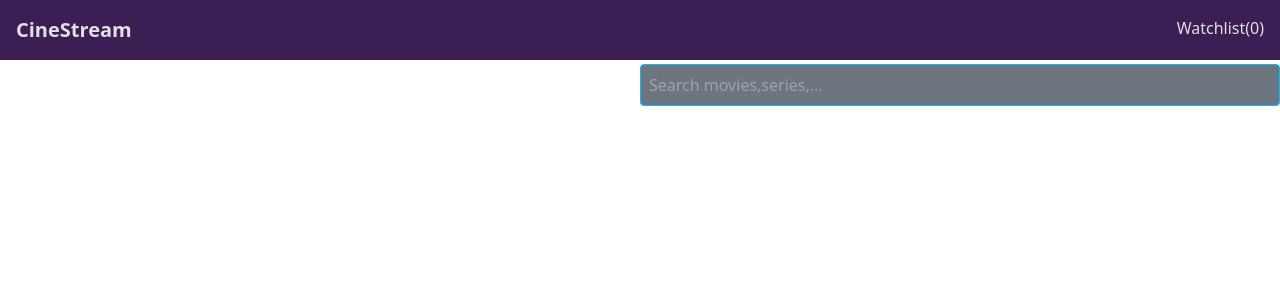
Repository: Reshmashameem31/Cine-Stream
Page: / (app in movie-project/)
The author's editor kept a copy of each file at every save. The page is drawn from the files as they stood at one save, then again after a run of saves.
The browser window is 1280 px wide. The pictures show the whole page.
The project was rebuilt for these pictures with package versions that can differ from the ones it lists, and the page was loaded fresh each time. Also part of the build but not shown: movie-project/vite.config.js, movie-project/src/pages/WatchList.jsx.

Above is the page before, as saved 2025-08-15 16:20:31.

After the next 2 saves:
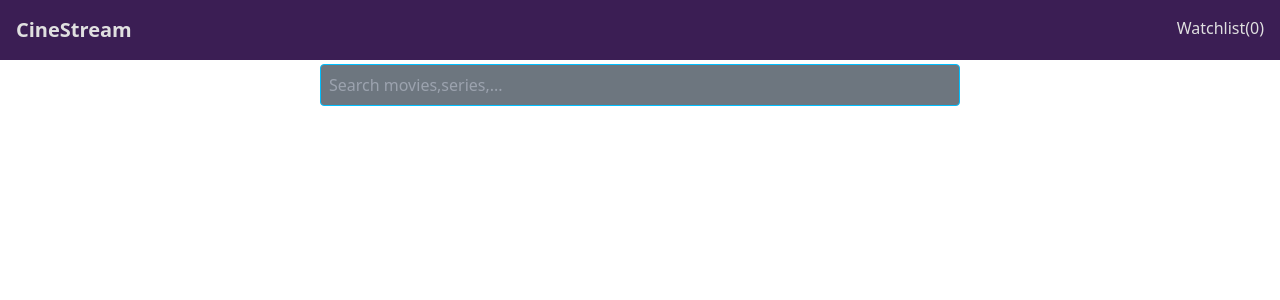
The 2 saves are shown as one change because they came seconds apart.
The last was saved 17 s later.
--- a/movie-project/src/pages/Home.jsx
+++ b/movie-project/src/pages/Home.jsx
@@ -5,7 +5,7 @@ const Home = () => {
     <div className='p-4 pt-16'>
         <input type='text' placeholder='Search movies,series,...'
          className='p-2 w-3/4 md:w-1/2 border rounded border-[#00BFFF]
-          bg-[#0D1B2A] bg-opacity-60 backdrop-blur-md text-white fixed  left-1/2  top-16' />
+          bg-[#0D1B2A] bg-opacity-60 backdrop-blur-md text-white fixed  left-1/4  top-16' />
         <div className='movies-container'></div>
         <div className='pagination-container'></div>
 
